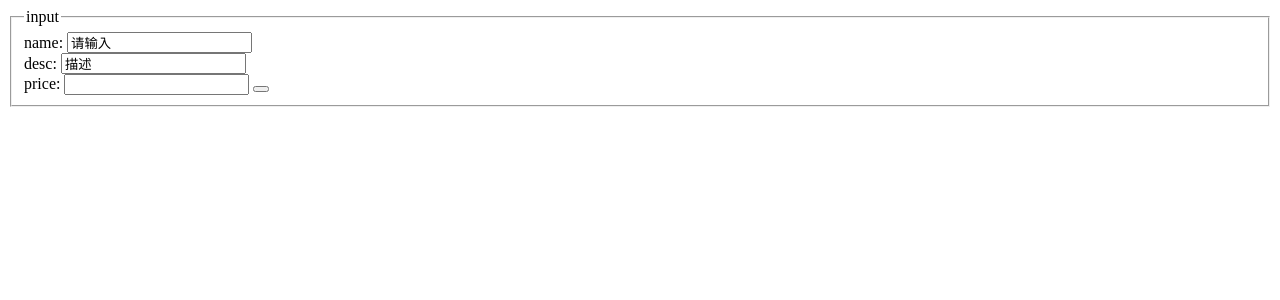
Repository: feilongjiang/Spring-mvc
Page: http://localhost/app16b/product_input.action
The author's editor kept a copy of each file at every save. The page is drawn from the files as they stood at one save, then again after the next save.
The browser window is 1280 px wide. The pictures show the whole page.
The page is served by Tomcat 9. Other server files are loaded and not shown.

Above is the page before, as saved 2019-04-26 08:56:06.

### app16b/src/main/webapp/WEB-INF/jsp/ProductForm.jsp
<%@ page language="java" contentType="text/html; charset=UTF-8"
    pageEncoding="UTF-8"%>
<!DOCTYPE html>
<html>
<head>
<meta charset="UTF-8">
<title>Insert title here</title>
</head>
<body>
<form action="/product_save.action" method="post">
 <fieldset style="algin:center;">
 <legend>input</legend>
 <label for="name" >name: </label><input type="text" name = 'name' value="请输入" /> <br />
 desc: <input type="text" name="description" value="描述" title="例如" /> <br />
 price: <input type="text" name="price" value="" />
 <button name="button"  value="提交"></button>
 </fieldset>
</form>
</body>
</html>

### app16b/src/main/java/servlet/DispatcherServlet.java
package servlet;

import java.io.IOException;
import javax.servlet.RequestDispatcher;
import javax.servlet.ServletException;
import javax.servlet.http.HttpServletRequest;
import javax.servlet.http.HttpServletResponse;
import javax.servlet.http.HttpServlet;
import controler.*;

public class DispatcherServlet extends HttpServlet {
	private static final long serialVersionUID  = 748495L;

	@Override
	public void doGet(HttpServletRequest request,HttpServletResponse response) throws ServletException, IOException {
		process(request,response);
	}
	@Override
	public void doPost(HttpServletRequest request,HttpServletResponse response) throws ServletException, IOException {
		process(request,response);
	}
	public void process(HttpServletRequest request, HttpServletResponse response) throws ServletException, IOException {
		// TODO Auto-generated method stub
		String uri = request.getRequestURI();
		int lastIndex = uri.lastIndexOf("/");
		String action = uri.substring(lastIndex+1);

		String dispatchUrl = null;
		if(action.equals("product_input.action"))
		{
			InputProductController controller = new InputProductController();
			dispatchUrl = controller.handleRequest(request, response);
		}
		else if(action.equals("product_save.action")) {
			SaveProductController controller = new SaveProductController();
			dispatchUrl = controller.handleRequest(request, response);
		}

		if( dispatchUrl != null) {
			RequestDispatcher rd = request.getRequestDispatcher(dispatchUrl);
			rd.forward(request, response);
		}
	}
}

### app16b/src/main/java/controler/Controler.java
package controler;

import javax.servlet.http.HttpServletRequest;
import javax.servlet.http.HttpServletResponse;

public interface Controler {
	String handleRequest(HttpServletRequest request,HttpServletResponse response) ;

}

### app16b/src/main/java/controler/InputProductController.java
package controler;

import javax.servlet.http.HttpServletRequest;
import javax.servlet.http.HttpServletResponse;

public class InputProductController  implements Controler{
	@Override
	public String handleRequest(HttpServletRequest request, HttpServletResponse response) {
		return "WEB-INF/jsp/ProductForm.jsp";
	}

}

After the next save:
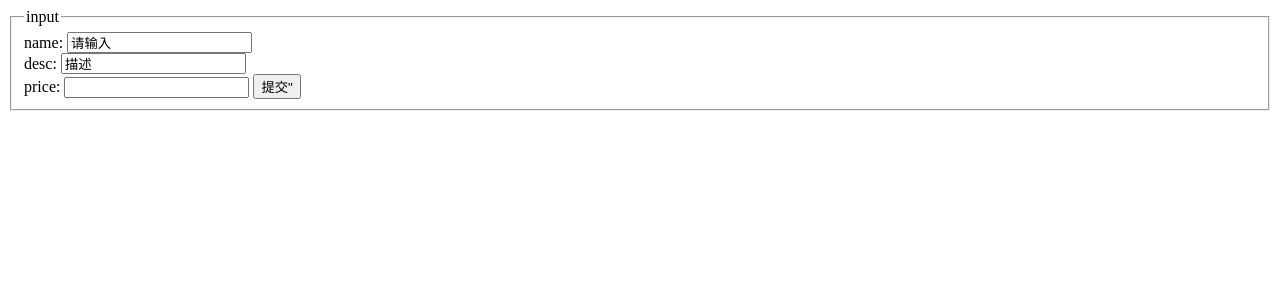
Saved 27 s later.
--- a/app16b/src/main/webapp/WEB-INF/jsp/ProductForm.jsp
+++ b/app16b/src/main/webapp/WEB-INF/jsp/ProductForm.jsp
@@ -13,7 +13,7 @@
  <label for="name" >name: </label><input type="text" name = 'name' value="请输入" /> <br />
  desc: <input type="text" name="description" value="描述" title="例如" /> <br />
  price: <input type="text" name="price" value="" />
- <button name="button"  value="提交"></button>
+ <button name="button"  >提交"</button>
  </fieldset>
 </form>
 </body>
